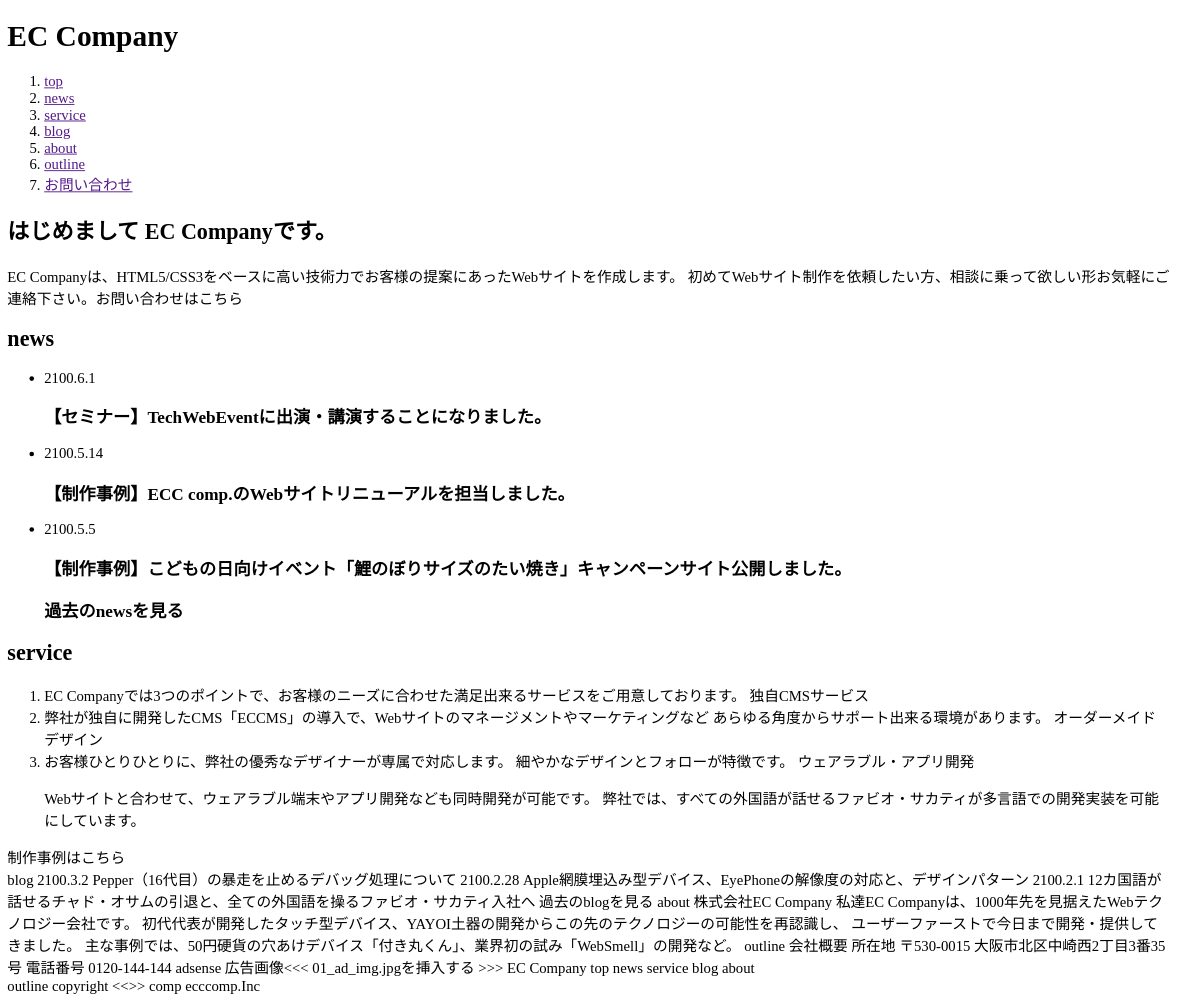
Repository: hsn320/html-practice
Page: html2/work01/work01.html
An editor plug-in stored every save of this project. The page is shown before and after the next save, followed by the edit.
The browser window is 1280 px wide. The pictures show the whole page, at 92% of full size.

Above is the page before, as saved 2025-10-01 22:50:51.

After the next save:
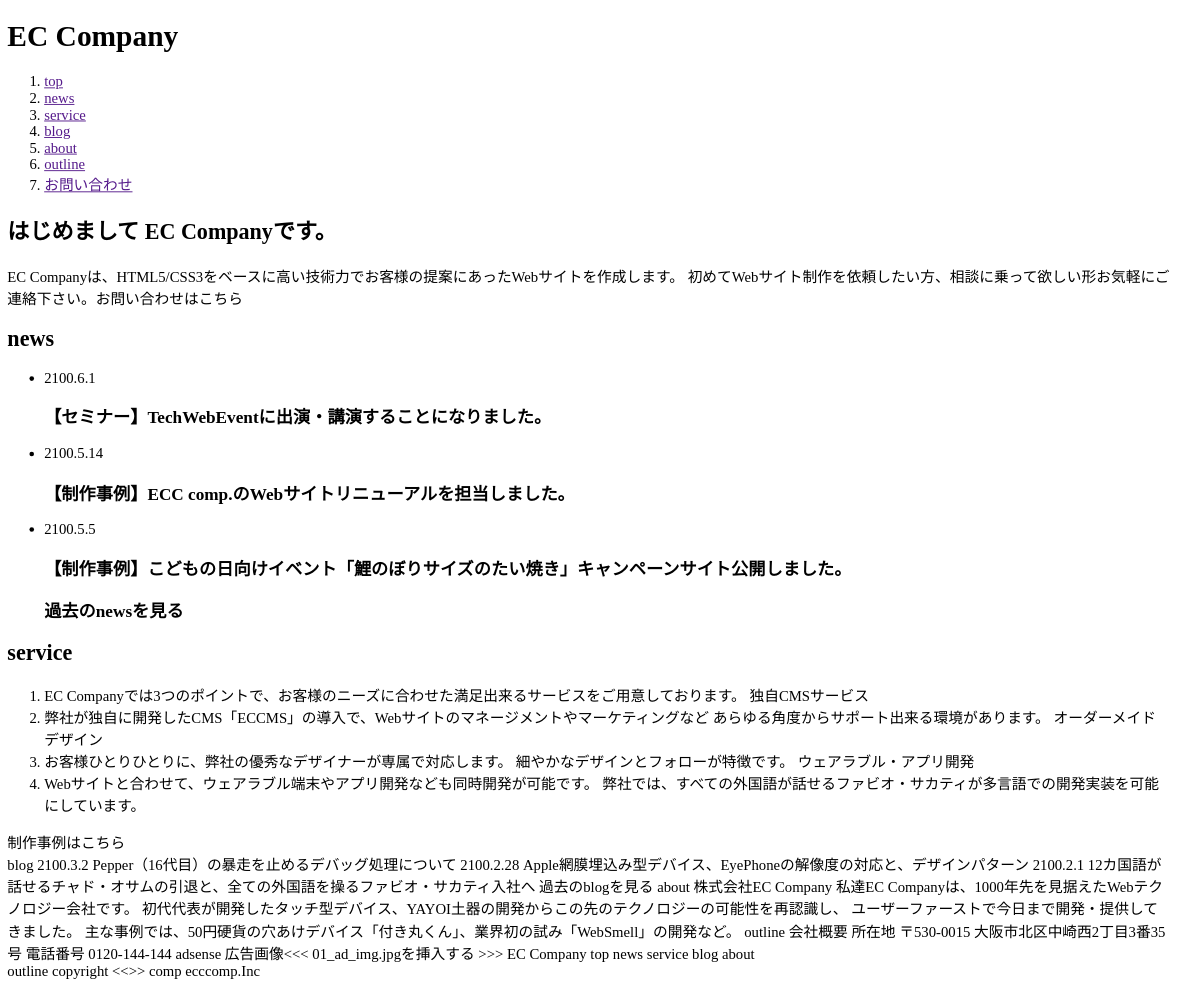
Saved 36 s later.
--- a/html2/work01/work01.html
+++ b/html2/work01/work01.html
@@ -68,8 +68,8 @@
                 ウェアラブル・アプリ開発
             </li>
 
-            <p>Webサイトと合わせて、ウェアラブル端末やアプリ開発なども同時開発が可能です。
-                弊社では、すべての外国語が話せるファビオ・サカティが多言語での開発実装を可能にしています。</p>
+            <li>Webサイトと合わせて、ウェアラブル端末やアプリ開発なども同時開発が可能です。
+                弊社では、すべての外国語が話せるファビオ・サカティが多言語での開発実装を可能にしています。</li>
 
         </ol>
         制作事例はこちら
